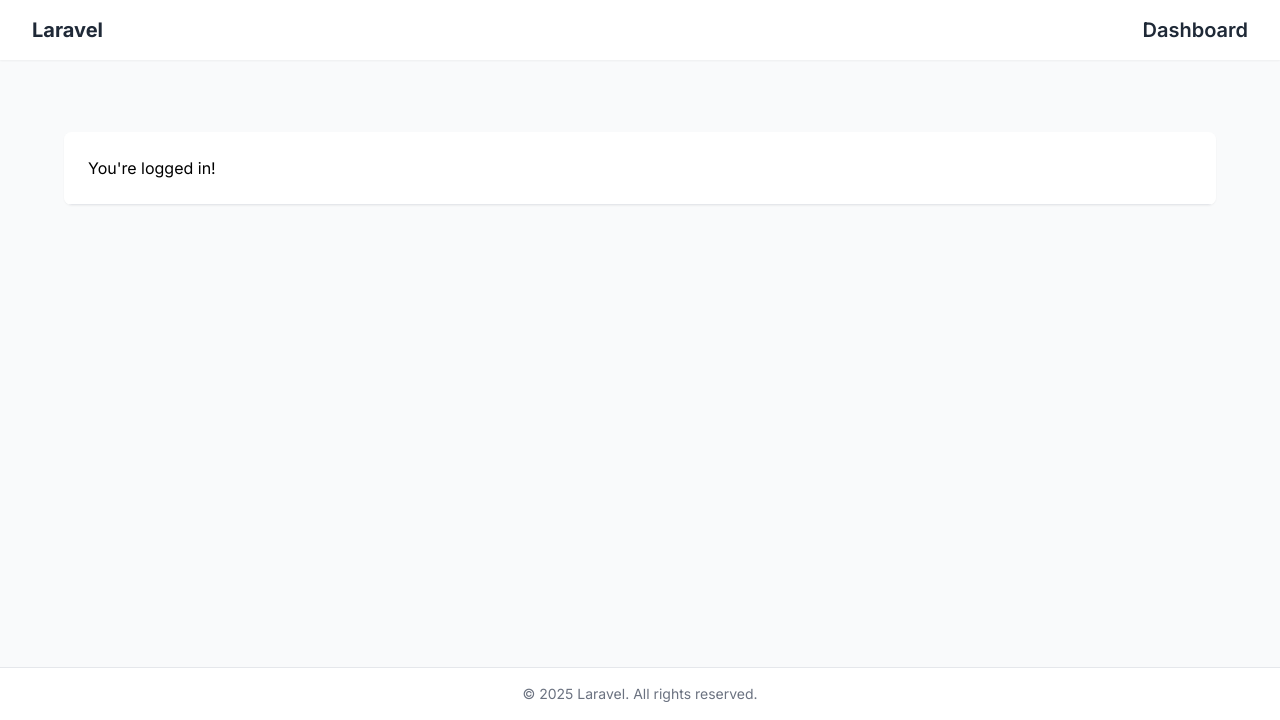
Repository: mohamedm999/Plateforme-de-Tests-d-Acceptation---YouCode-
Page: http://localhost/dashboard
An editor plug-in stored every save of this project. The page is shown before and after a run of saves, followed by the edit.
The browser window is 1280 px wide. The pictures show the whole page.
Pictures or frames that could not be fetched are drawn as grey boxes. Some web libraries are served in a nearby version. The page is served by the project's Laravel application, run on PHP 8.4 with Laravel 8. A made-up administrator, Test User (test@example.com), is signed in. Other server files are loaded and not shown.

Above is the page before, as saved 2025-02-26 13:50:05.

### projet-evaluation/routes/web.php
<?php

use Illuminate\Support\Facades\Route;
use App\Http\Controllers\HomeController;

/*
|--------------------------------------------------------------------------
| Web Routes
|--------------------------------------------------------------------------
|
| Here is where you can register web routes for your application. These
| routes are loaded by the RouteServiceProvider within a group which
| contains the "web" middleware group. Now create something great!
|
*/



Route::get('/', [App\Http\Controllers\HomeController::class, 'index'])->middleware(['auth'])->name('home');

Route::get('/dashboard', function () {
    return view('dashboard');
})->middleware(['auth'])->name('dashboard');

require __DIR__.'/auth.php';


Route::get('/debug-auth', function() {
    dd(auth()->check(), auth()->user());
});

### projet-evaluation/app/Models/User.php
<?php

namespace App\Models;

use Illuminate\Contracts\Auth\MustVerifyEmail;
use Illuminate\Database\Eloquent\Factories\HasFactory;
use Illuminate\Foundation\Auth\User as Authenticatable;
use Illuminate\Notifications\Notifiable;
use Laravel\Sanctum\HasApiTokens;

class User extends Authenticatable
{
    use HasApiTokens, HasFactory, Notifiable;

    /**
     * The attributes that are mass assignable.
     *
     * @var array<int, string>
     */
    protected $fillable = [
        'firstname',
        'lastname',
        'email',
        'password',
        'role',
        'is_active'
    ];

    /**
     * The attributes that should be hidden for serialization.
     *
     * @var array<int, string>
     */
    protected $hidden = [
        'password',
        'remember_token',
    ];

    /**
     * The attributes that should be cast.
     *
     * @var array<string, string>
     */
    protected $casts = [
        'email_verified_at' => 'datetime',
    ];
}

### projet-evaluation/resources/views/layouts/app.blade.php
<!DOCTYPE html>
<html lang="{{ str_replace('_', '-', app()->getLocale()) }}">
    <head>
        <meta charset="utf-8">
        <meta name="viewport" content="width=device-width, initial-scale=1">
        <meta name="csrf-token" content="{{ csrf_token() }}">

        <title>{{ config('app.name', 'Laravel') }}</title>

        <!-- Fonts -->
        <link rel="preconnect" href="https://fonts.googleapis.com">
        <link rel="preconnect" href="https://fonts.gstatic.com" crossorigin>
        <link href="https://fonts.googleapis.com/css2?family=Inter:wght@300;400;500;600;700&display=swap" rel="stylesheet">

        <!-- Icons -->
        <link rel="stylesheet" href="https://cdnjs.cloudflare.com/ajax/libs/font-awesome/6.4.0/css/all.min.css">

        <!-- Scripts -->
        <script src="https://cdn.tailwindcss.com"></script>
        <script>
            tailwind.config = {
                theme: {
                    extend: {
                        fontFamily: {
                            sans: ['Inter', 'sans-serif'],
                        },
                    }
                }
            }
        </script>
    </head>
    <body class="font-sans antialiased min-h-screen bg-gray-50">
        <div class="min-h-screen flex flex-col">
            <!-- Page Heading -->
            <header class="bg-white shadow-sm sticky top-0 z-10">
                <div class="max-w-7xl mx-auto py-4 px-4 sm:px-6 lg:px-8 flex justify-between items-center">
                    <div class="flex items-center">
                        <a href="/" class="text-xl font-bold text-gray-800">{{ config('app.name', 'Laravel') }}</a>
                    </div>
                    {{ $header ?? '' }}
                </div>
            </header>

            <!-- Page Content -->
            <main class="flex-grow">
                <div class="max-w-7xl mx-auto py-6 px-4 sm:px-6 lg:px-8">
                    {{ $slot }}
                </div>
            </main>

            <!-- Footer -->
            <footer class="bg-white border-t border-gray-200 py-4">
                <div class="max-w-7xl mx-auto px-4 sm:px-6 lg:px-8 text-center text-gray-500 text-sm">
                    &copy; {{ date('Y') }} {{ config('app.name', 'Laravel') }}. All rights reserved.
                </div>
            </footer>
        </div>
    </body>
</html>

### projet-evaluation/resources/views/layouts/navigation.blade.php
<!-- filepath: /c:/github/Plateforme-de-Tests-d-Acceptation---YouCode-/projet-evaluation/resources/views/layouts/navigation.blade.php -->
<nav x-data="{ open: false }" class="bg-gradient-to-r from-blue-600 to-indigo-700 border-b border-blue-800 shadow-md">
    <!-- Primary Navigation Menu -->
    <div class="max-w-7xl mx-auto px-4 sm:px-6 lg:px-8">
        <div class="flex justify-between h-16">
            <div class="flex">
                <!-- Logo -->
                <div class="shrink-0 flex items-center">
                    <a href="{{ route('dashboard') }}" class="flex items-center transition-all duration-300 transform hover:scale-105">
                        <x-application-logo class="block h-10 w-auto fill-current text-white" />
                        <span class="ml-2 text-white font-bold text-lg hidden md:block">YouCode</span>
                    </a>
                </div>

                <!-- Navigation Links -->
                <div class="hidden space-x-6 sm:-my-px sm:ml-10 sm:flex">
                    <x-nav-link :href="route('dashboard')" :active="request()->routeIs('dashboard')" class="text-white opacity-90 hover:opacity-100 font-medium px-3 py-2 rounded-md hover:bg-blue-500 transition-all duration-200">
                        <svg xmlns="http://www.w3.org/2000/svg" class="h-5 w-5 inline-block mr-1" viewBox="0 0 20 20" fill="currentColor">
                            <path d="M10.707 2.293a1 1 0 00-1.414 0l-7 7a1 1 0 001.414 1.414L4 10.414V17a1 1 0 001 1h2a1 1 0 001-1v-2a1 1 0 011-1h2a1 1 0 011 1v2a1 1 0 001 1h2a1 1 0 001-1v-6.586l.293.293a1 1 0 001.414-1.414l-7-7z" />
                        </svg>
                        {{ __('Dashboard') }}
                    </x-nav-link>

                    <!-- Add more navigation links as needed -->
                    <x-nav-link href="#" class="text-white opacity-90 hover:opacity-100 font-medium px-3 py-2 rounded-md hover:bg-blue-500 transition-all duration-200">
                        <svg xmlns="http://www.w3.org/2000/svg" class="h-5 w-5 inline-block mr-1" viewBox="0 0 20 20" fill="currentColor">
                            <path d="M9 4.804A7.968 7.968 0 005.5 4c-1.255 0-2.443.29-3.5.804v10A7.969 7.969 0 015.5 14c1.669 0 3.218.51 4.5 1.385A7.962 7.962 0 0114.5 14c1.255 0 2.443.29 3.5.804v-10A7.968 7.968 0 0014.5 4c-1.255 0-2.443.29-3.5.804V12a1 1 0 11-2 0V4.804z" />
                        </svg>
                        {{ __('Projects') }}
                    </x-nav-link>

                    <x-nav-link href="#" class="text-white opacity-90 hover:opacity-100 font-medium px-3 py-2 rounded-md hover:bg-blue-500 transition-all duration-200">
                        <svg xmlns="http://www.w3.org/2000/svg" class="h-5 w-5 inline-block mr-1" viewBox="0 0 20 20" fill="currentColor">
                            <path fill-rule="evenodd" d="M18 10a8 8 0 11-16 0 8 8 0 0116 0zm-8-3a1 1 0 00-.867.5 1 1 0 11-1.731-1A3 3 0 0113 8a3.001 3.001 0 01-2 2.83V11a1 1 0 11-2 0v-1a1 1 0 011-1 1 1 0 100-2zm0 8a1 1 0 100-2 1 1 0 000 2z" clip-rule="evenodd" />
                        </svg>
                        {{ __('Help') }}
                    </x-nav-link>
                </div>
            </div>

            <!-- Settings Dropdown -->
            <div class="hidden sm:flex sm:items-center sm:ml-6">
                <!-- Notifications -->
                <button class="p-1 rounded-full text-white opacity-80 hover:opacity-100 hover:bg-blue-500 focus:outline-none focus:ring-2 focus:ring-blue-300 transition-all duration-200 mr-3">
                    <span class="sr-only">View notifications</span>
                    <svg class="h-6 w-6" xmlns="http://www.w3.org/2000/svg" fill="none" viewBox="0 0 24 24" stroke="currentColor" aria-hidden="true">
                        <path stroke-linecap="round" stroke-linejoin="round" stroke-width="2" d="M15 17h5l-1.405-1.405A2.032 2.032 0 0118 14.158V11a6.002 6.002 0 00-4-5.659V5a2 2 0 10-4 0v.341C7.67 6.165 6 8.388 6 11v3.159c0 .538-.214 1.055-.595 1.436L4 17h5m6 0v1a3 3 0 11-6 0v-1m6 0H9" />
                    </svg>
                </button>

                <x-dropdown align="right" width="48">
                    <x-slot name="trigger">
                        <button class="flex items-center text-sm font-medium text-white hover:text-blue-100 focus:outline-none transition duration-150 ease-in-out bg-blue-500 bg-opacity-30 rounded-full p-1 pr-3 hover:bg-opacity-50">
                            <img class="h-8 w-8 rounded-full object-cover border-2 border-white mr-2" src="https://ui-avatars.com/api/?name={{ urlencode(Auth::user()->name) }}&color=7F9CF5&background=EBF4FF" alt="{{ Auth::user()->name }}">
                            <div>{{ Auth::user()->name }}</div>

                            <div class="ml-1">
                                <svg class="fill-current h-4 w-4" xmlns="http://www.w3.org/2000/svg" viewBox="0 0 20 20">
                                    <path fill-rule="evenodd" d="M5.293 7.293a1 1 0 011.414 0L10 10.586l3.293-3.293a1 1 0 111.414 1.414l-4 4a1 1 0 01-1.414 0l-4-4a1 1 0 010-1.414z" clip-rule="evenodd" />
                                </svg>
                            </div>
                        </button>
                    </x-slot>

                    <x-slot name="content">
                        <!-- User Profile -->
                        <div class="px-4 py-2 border-b border-gray-100">
                            <p class="text-sm font-medium text-gray-400">Signed in as</p>
                            <p class="text-sm text-gray-800 truncate">{{ Auth::user()->email }}</p>
                        </div>

                        <!-- Profile settings -->
                        <x-dropdown-link href="#" class="flex items-center">
                            <svg xmlns="http://www.w3.org/2000/svg" class="h-5 w-5 mr-2 text-gray-500" viewBox="0 0 20 20" fill="currentColor">
                                <path fill-rule="evenodd" d="M18 10a8 8 0 11-16 0 8 8 0 0116 0zm-6-3a2 2 0 11-4 0 2 2 0 014 0zm-2 4a5 5 0 00-4.546 2.916A5.986 5.986 0 0010 16a5.986 5.986 0 004.546-2.084A5 5 0 0010 11z" clip-rule="evenodd" />
                            </svg>
                            {{ __('Your Profile') }}
                        </x-dropdown-link>

                        <x-dropdown-link href="#" class="flex items-center">
                            <svg xmlns="http://www.w3.org/2000/svg" class="h-5 w-5 mr-2 text-gray-500" viewBox="0 0 20 20" fill="currentColor">
                                <path fill-rule="evenodd" d="M11.49 3.17c-.38-1.56-2.6-1.56-2.98 0a1.532 1.532 0 01-2.286.948c-1.372-.836-2.942.734-2.106 2.106.54.886.061 2.042-.947 2.287-1.561.379-1.561 2.6 0 2.978a1.532 1.532 0 01.947 2.287c-.836 1.372.734 2.942 2.106 2.106a1.532 1.532 0 012.287.947c.379 1.561 2.6 1.561 2.978 0a1.533 1.533 0 012.287-.947c1.372.836 2.942-.734 2.106-2.106a1.533 1.533 0 01.947-2.287c1.561-.379 1.561-2.6 0-2.978a1.532 1.532 0 01-.947-2.287c.836-1.372-.734-2.942-2.106-2.106a1.532 1.532 0 01-2.287-.947zM10 13a3 3 0 100-6 3 3 0 000 6z" clip-rule="evenodd" />
                            </svg>
                            {{ __('Settings') }}
                        </x-dropdown-link>

                        <!-- Authentication -->
                        <form method="POST" action="{{ route('logout') }}">
                            @csrf

                            <x-dropdown-link :href="route('logout')"
                                    onclick="event.preventDefault(); this.closest('form').submit();"
                                    class="flex items-center border-t border-gray-100">
                                <svg xmlns="http://www.w3.org/2000/svg" class="h-5 w-5 mr-2 text-red-500" viewBox="0 0 20 20" fill="currentColor">
                                    <path fill-rule="evenodd" d="M3 3a1 1 0 00-1 1v12a1 1 0 102 0V4a1 1 0 00-1-1zm10.293 9.293a1 1 0 001.414 1.414l3-3a1 1 0 000-1.414l-3-3a1 1 0 10-1.414 1.414L14.586 9H7a1 1 0 100 2h7.586l-1.293 1.293z" clip-rule="evenodd" />
                                </svg>
                                {{ __('Log Out') }}
                            </x-dropdown-link>
                        </form>
                    </x-slot>
                </x-dropdown>
            </div>

            <!-- Hamburger -->
            <div class="-mr-2 flex items-center sm:hidden">
                <button @click="open = ! open" class="inline-flex items-center justify-center p-2 rounded-md text-white hover:text-blue-200 hover:bg-blue-500 focus:outline-none focus:bg-blue-700 focus:text-white transition duration-150 ease-in-out">
                    <svg class="h-6 w-6" stroke="currentColor" fill="none" viewBox="0 0 24 24">
                        <path :class="{'hidden': open, 'inline-flex': ! open }" class="inline-flex" stroke-linecap="round" stroke-linejoin="round" stroke-width="2" d="M4 6h16M4 12h16M4 18h16" />
                        <path :class="{'hidden': ! open, 'inline-flex': open }" class="hidden" stroke-linecap="round" stroke-linejoin="round" stroke-width="2" d="M6 18L18 6M6 6l12 12" />
                    </svg>
                </button>
            </div>
        </div>
    </div>

    <!-- Responsive Navigation Menu -->
    <div :class="{'block': open, 'hidden': ! open}" class="hidden sm:hidden bg-gray-800 bg-opacity-90">
        <div class="pt-2 pb-3 space-y-1">
            <x-responsive-nav-link :href="route('dashboard')" :active="request()->routeIs('dashboard')" class="text-white hover:bg-blue-600 block px-3 py-2 rounded-md font-medium">
                <svg xmlns="http://www.w3.org/2000/svg" class="h-5 w-5 inline-block mr-1" viewBox="0 0 20 20" fill="currentColor">
                    <path d="M10.707 2.293a1 1 0 00-1.414 0l-7 7a1 1 0 001.414 1.414L4 10.414V17a1 1 0 001 1h2a1 1 0 001-1v-2a1 1 0 011-1h2a1 1 0 011 1v2a1 1 0 001 1h2a1 1 0 001-1v-6.586l.293.293a1 1 0 001.414-1.414l-7-7z" />
                </svg>
                {{ __('Dashboard') }}
            </x-responsive-nav-link>

            <!-- Add more responsive navigation links -->
            <x-responsive-nav-link href="#" class="text-white hover:bg-blue-600 block px-3 py-2 rounded-md font-medium">
                <svg xmlns="http://www.w3.org/2000/svg" class="h-5 w-5 inline-block mr-1" viewBox="0 0 20 20" fill="currentColor">
                    <path d="M9 4.804A7.968 7.968 0 005.5 4c-1.255 0-2.443.29-3.5.804v10A7.969 7.969 0 015.5 14c1.669 0 3.218.51 4.5 1.385A7.962 7.962 0 0114.5 14c1.255 0 2.443.29 3.5.804v-10A7.968 7.968 0 0014.5 4c-1.255 0-2.443.29-3.5.804V12a1 1 0 11-2 0V4.804z" />
                </svg>
                {{ __('Projects') }}
            </x-responsive-nav-link>

            <x-responsive-nav-link href="#" class="text-white hover:bg-blue-600 block px-3 py-2 rounded-md font-medium">
                <svg xmlns="http://www.w3.org/2000/svg" class="h-5 w-5 inline-block mr-1" viewBox="0 0 20 20" fill="currentColor">
                    <path fill-rule="evenodd" d="M18 10a8 8 0 11-16 0 8 8 0 0116 0zm-8-3a1 1 0 00-.867.5 1 1 0 11-1.731-1A3 3 0 0113 8a3.001 3.001 0 01-2 2.83V11a1 1 0 11-2 0v-1a1 1 0 011-1 1 1 0 100-2zm0 8a1 1 0 100-2 1 1 0 000 2z" clip-rule="evenodd" />
                </svg>
                {{ __('Help') }}
            </x-responsive-nav-link>
        </div>

        <!-- Responsive Settings Options -->
        <div class="pt-4 pb-3 border-t border-blue-700">
            <div class="flex items-center px-4">
                <div class="flex-shrink-0">
                    <img class="h-10 w-10 rounded-full object-cover border-2 border-blue-300" src="https://ui-avatars.com/api/?name={{ urlencode(Auth::user()->name) }}&color=7F9CF5&background=EBF4FF" alt="{{ Auth::user()->name }}">
                </div>
                <div class="ml-3">
                    <div class="font-medium text-base text-white">{{ Auth::user()->name }}</div>
                    <div class="font-medium text-sm text-blue-200">{{ Auth::user()->email }}</div>
                </div>
            </div>

            <div class="mt-3 space-y-1">
                <!-- Additional mobile menu links -->
                <x-responsive-nav-link href="#" class="text-white hover:bg-blue-600 block px-3 py-2 rounded-md font-medium">
                    <svg xmlns="http://www.w3.org/2000/svg" class="h-5 w-5 inline-block mr-1" viewBox="0 0 20 20" fill="currentColor">
                        <path fill-rule="evenodd" d="M18 10a8 8 0 11-16 0 8 8 0 0116 0zm-6-3a2 2 0 11-4 0 2 2 0 014 0zm-2 4a5 5 0 00-4.546 2.916A5.986 5.986 0 0010 16a5.986 5.986 0 004.546-2.084A5 5 0 0010 11z" clip-rule="evenodd" />
                    </svg>
                    {{ __('Your Profile') }}
                </x-responsive-nav-link>

                <x-responsive-nav-link href="#" class="text-white hover:bg-blue-600 block px-3 py-2 rounded-md font-medium">
                    <svg xmlns="http://www.w3.org/2000/svg" class="h-5 w-5 inline-block mr-1" viewBox="0 0 20 20" fill="currentColor">
                        <path fill-rule="evenodd" d="M11.49 3.17c-.38-1.56-2.6-1.56-2.98 0a1.532 1.532 0 01-2.286.948c-1.372-.836-2.942.734-2.106 2.106.54.886.061 2.042-.947 2.287-1.561.379-1.561 2.6 0 2.978a1.532 1.532 0 01.947 2.287c-.836 1.372.734 2.942 2.106 2.106a1.532 1.532 0 012.287.947c.379 1.561 2.6 1.561 2.978 0a1.533 1.533 0 012.287-.947c1.372.836 2.942-.734 2.106-2.106a1.533 1.533 0 01.947-2.287c1.561-.379 1.561-2.6 0-2.978a1.532 1.532 0 01-.947-2.287c.836-1.372-.734-2.942-2.106-2.106a1.532 1.532 0 01-2.287-.947zM10 13a3 3 0 100-6 3 3 0 000 6z" clip-rule="evenodd" />
                    </svg>
                    {{ __('Settings') }}
                </x-responsive-nav-link>

                <!-- Authentication -->
                <form method="POST" action="{{ route('logout') }}">
                    @csrf

                    <x-responsive-nav-link :href="route('logout')"
                            onclick="event.preventDefault();
                                        this.closest('form').submit();"
                            class="text-white hover:bg-red-600 block px-3 py-2 rounded-md font-medium">
                        <svg xmlns="http://www.w3.org/2000/svg" class="h-5 w-5 inline-block mr-1" viewBox="0 0 20 20" fill="currentColor">
                            <path fill-rule="evenodd" d="M3 3a1 1 0 00-1 1v12a1 1 0 102 0V4a1 1 0 00-1-1zm10.293 9.293a1 1 0 001.414 1.414l3-3a1 1 0 000-1.414l-3-3a1 1 0 10-1.414 1.414L14.586 9H7a1 1 0 100 2h7.586l-1.293 1.293z" clip-rule="evenodd" />
                        </svg>
                        {{ __('Log Out') }}
                    </x-responsive-nav-link>
                </form>
            </div>
        </div>
    </div>
</nav>

Loaded but not shown: projet-evaluation/routes/auth.php (common file); projet-evaluation/resources/views/dashboard.blade.php (common file); projet-evaluation/app/View/Components/AppLayout.php (common file); projet-evaluation/resources/views/components/application-logo.blade.php (common file); projet-evaluation/resources/views/components/nav-link.blade.php (common file); projet-evaluation/resources/views/components/dropdown-link.blade.php (common file); projet-evaluation/resources/views/components/dropdown.blade.php (common file); projet-evaluation/resources/views/components/responsive-nav-link.blade.php (common file)

After the next 3 saves:
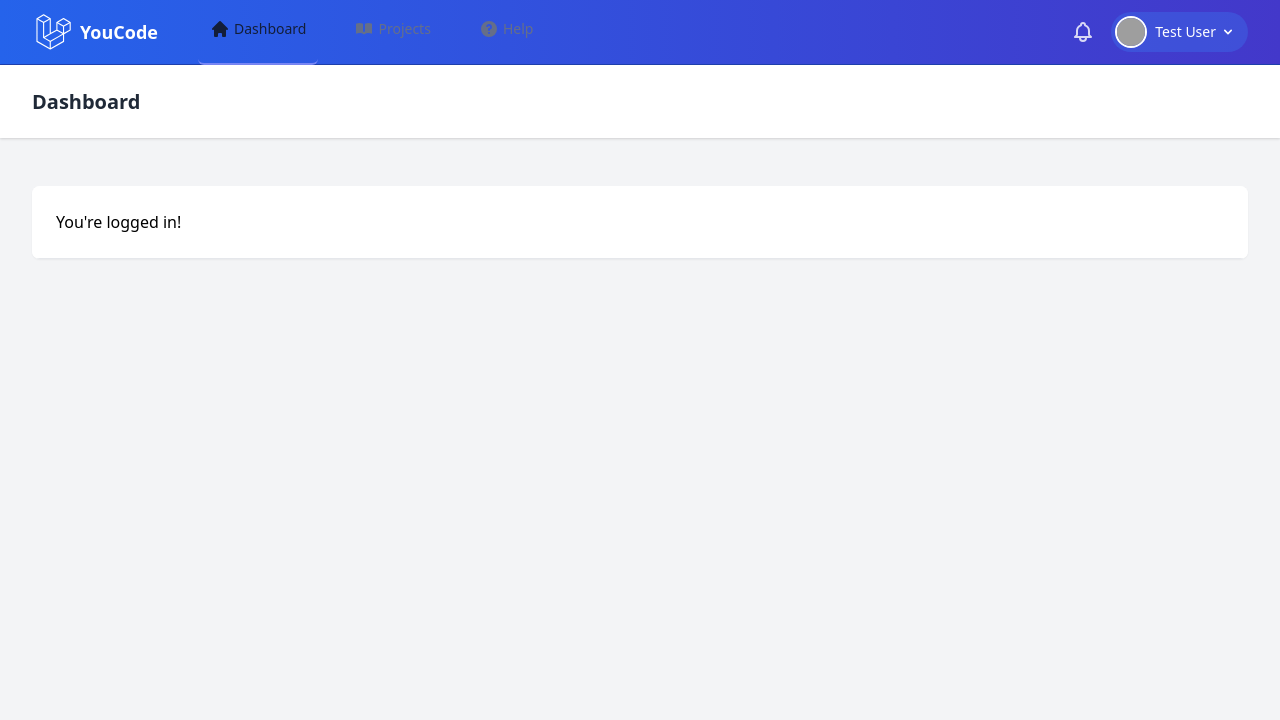
The 3 saves are shown as one change because they came seconds apart.
The last was saved 4 min 6 s later.
--- a/projet-evaluation/resources/views/layouts/app.blade.php
+++ b/projet-evaluation/resources/views/layouts/app.blade.php
@@ -8,52 +8,26 @@
         <title>{{ config('app.name', 'Laravel') }}</title>
 
         <!-- Fonts -->
-        <link rel="preconnect" href="https://fonts.googleapis.com">
-        <link rel="preconnect" href="https://fonts.gstatic.com" crossorigin>
-        <link href="https://fonts.googleapis.com/css2?family=Inter:wght@300;400;500;600;700&display=swap" rel="stylesheet">
-
-        <!-- Icons -->
-        <link rel="stylesheet" href="https://cdnjs.cloudflare.com/ajax/libs/font-awesome/6.4.0/css/all.min.css">
+        <link rel="stylesheet" href="https://fonts.googleapis.com/css2?family=Nunito:wght@400;600;700&display=swap">
 
         <!-- Scripts -->
-        <script src="https://cdn.tailwindcss.com"></script>
-        <script>
-            tailwind.config = {
-                theme: {
-                    extend: {
-                        fontFamily: {
-                            sans: ['Inter', 'sans-serif'],
-                        },
-                    }
-                }
-            }
-        </script>
+         <link rel="stylesheet" href="https://cdn.jsdelivr.net/npm/tailwindcss@2.2.19/dist/tailwind.min.css">
     </head>
-    <body class="font-sans antialiased min-h-screen bg-gray-50">
-        <div class="min-h-screen flex flex-col">
+    <body class="font-sans antialiased">
+        <div class="min-h-screen bg-gray-100">
+            @include('layouts.navigation')
+
             <!-- Page Heading -->
-            <header class="bg-white shadow-sm sticky top-0 z-10">
-                <div class="max-w-7xl mx-auto py-4 px-4 sm:px-6 lg:px-8 flex justify-between items-center">
-                    <div class="flex items-center">
-                        <a href="/" class="text-xl font-bold text-gray-800">{{ config('app.name', 'Laravel') }}</a>
-                    </div>
-                    {{ $header ?? '' }}
+            <header class="bg-white shadow">
+                <div class="max-w-7xl mx-auto py-6 px-4 sm:px-6 lg:px-8">
+                    {{ $header }}
                 </div>
             </header>
 
             <!-- Page Content -->
-            <main class="flex-grow">
-                <div class="max-w-7xl mx-auto py-6 px-4 sm:px-6 lg:px-8">
-                    {{ $slot }}
-                </div>
+            <main>
+                {{ $slot }}
             </main>
-
-            <!-- Footer -->
-            <footer class="bg-white border-t border-gray-200 py-4">
-                <div class="max-w-7xl mx-auto px-4 sm:px-6 lg:px-8 text-center text-gray-500 text-sm">
-                    &copy; {{ date('Y') }} {{ config('app.name', 'Laravel') }}. All rights reserved.
-                </div>
-            </footer>
         </div>
     </body>
 </html>
